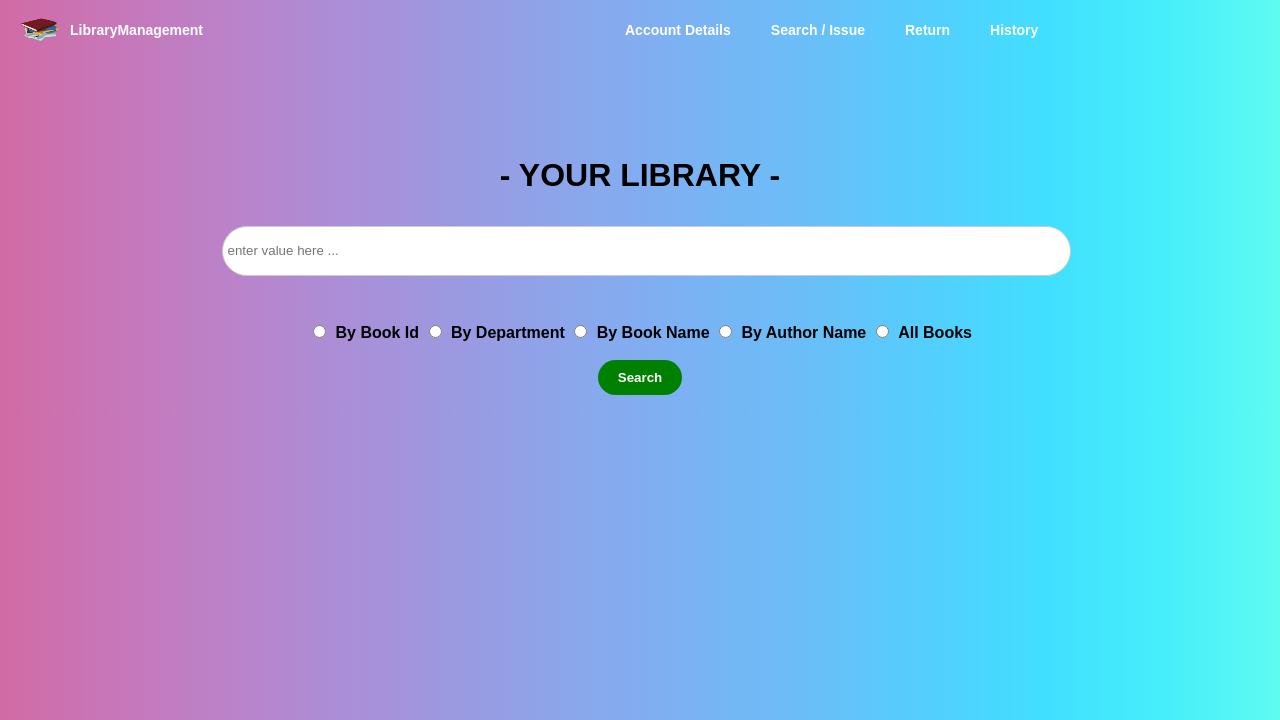
Repository: amitSai12/CMS
Page: http://localhost/LibraryManagementDemo/Search.jsp
The author's editor kept a copy of each file at every save. The page is drawn from the files as they stood at one save, then again after the next save.
The browser window is 1280 px wide. The pictures show the whole page.
The page is served by Tomcat 9. Other server files are loaded and not shown.

Above is the page before, as saved 2023-10-03 19:46:56.

### Day1_Thu/LibraryManagementDemo/src/main/webapp/Search.jsp
<%@ page language="java" contentType="text/html; charset=ISO-8859-1"
    pageEncoding="ISO-8859-1"%>
<!DOCTYPE html>
<html>
<head>
<meta charset="ISO-8859-1">
<title>Insert title here</title>
<link rel="stylesheet" href="AllBooks.css">
</head>
<body>
<jsp:include page="Menu.jsp"/>
<br><br>
<form method="get" action="AllBooks.jsp" class="search-form">

<center>
<div class="highlight">
	<h1> -  YOUR LIBRARY 	 - </h1>
</div>
<div class="search-container">
    <input type="text" name="searchvalue" id="searchvalue" placeholder="enter value here ...">
</div> <br/><br/>
  <input type="radio" name="searchtype" value="id" id="byId">
  <label for="byId">By Book Id</label>
  <input type="radio" name="searchtype" value="dept" id="byDept">
  <label for="byDept">By Department</label>
  <input type="radio" name="searchtype" value="bookname" id="byBookName">
  <label for="byBookName">By Book Name</label>
  <input type="radio" name="searchtype" value="authorname" id="byAuthorName">
  <label for="byAuthorName">By Author Name</label>
  <input type="radio" name="searchtype" value="all" id="allBooks">
  <label for="allBooks">All Books</label>
  <br><br>
  <input type='submit' value='Search' class="search-button">
  </center>
</form>

</body>
</html>

### Day1_Thu/LibraryManagementDemo/src/main/webapp/Menu.jsp
<!DOCTYPE html PUBLIC "-//W3C//DTD HTML 4.01 Transitional//EN" "http://www.w3.org/TR/html4/loose.dtd">
<html>
<head>
<meta http-equiv="Content-Type" content="text/html; charset=ISO-8859-1">
<title>User Account Page</title>
<link rel="stylesheet" href="menu.css">
</head>
<body>


	<div class="logo">
		<img
			src="kisspng-book-clip-art-vector-books-5aa7e41834c997.8769820715209523442162.png"
			alt="Your Logo"> <span class="logo-text">LibraryManagement</span>

	<div class="menu">
		<div class="atwo">
			<a href="AccountDetails.jsp">Account Details</a>
		</div>
		<div class="atwo">
			<a href="Search.jsp">Search / Issue</a>
		</div>
		<div class="atwo">
			<a href="TranBook.jsp">Return</a>
		</div>
		<div class="atwo">
			<a href="History.jsp">History</a>
		</div>
	</div>
	</div>





</body>
</html>

### Day1_Thu/LibraryManagementDemo/src/main/webapp/AllBooks.css
/* Style the table */
table {
    width: 100%;
    border-collapse: collapse;
    border: 1px solid #ddd;
    font-family: Arial, sans-serif;
}

/* Style the table header row */
th {
    background-color: #f2f2f2;
    font-weight: bold;
    text-align: left;
    padding: 10px;
    border-bottom: 2px solid #ddd;
}

/* Style the table data rows */
td {
    padding: 10px;
    text-align: left;
    border-bottom: 1px solid #ddd;
}

/* Style alternate rows with a different background color */
tr:nth-child(even) {
    background-color: #f9f9f9;
}

/* Style the checkbox inputs */
input[type="checkbox"] {
    width: 16px;
    height: 16px;
    margin: 0;
}

/* Style the "NA" cells */
td:empty::before {
    content: "NA";
    color: #999;
}

/* Add hover effect on rows */
tr:hover {
    background-color: #e5e5e5;
}

.search-form {
  font-family: Arial, sans-serif;
  padding: 20px;
  border-radius: 10px;
 width: 837px;
  margin: 0 auto;
}

input[type="radio"] {
  margin-right: 5px;
}

label {
  font-weight: bold;
}

#searchvalue {
  width: 100%;
  padding: 5px;
  margin: 10px 0;
  border: 1px solid #ccc;
  border-radius: 37px;
  height: 38px;
}

.search-button {
  background-color: green;
  color: white;
  border: none;
  padding: 10px 20px;
  font-weight: bold;
  cursor: pointer;
  border-radius: 25px;
}

.search-button:hover {
  background-color: darkgreen;
}

### Day1_Thu/LibraryManagementDemo/src/main/webapp/menu.css
body {
    font-family: Arial, sans-serif;
background-image: linear-gradient(to right, #d16ba5, #c777b9, #ba83ca, #aa8fd8, #9a9ae1, #8aa7ec, #79b3f4, #69bff8, #52cffe, #41dfff, #46eefa, #5ffbf1);
	margin: 0;
    padding: 0;
}

.logo {

    display: flex;
    align-items: center;
    padding: 10px 20px;
    color: white;
    margin-bottom: 20px; /* Adjust margin to create space below the logo */

}

/* Style the logo image */
.logo img {
    width: 40px; /* Adjust the width as needed */
    height: 40px; /* Adjust the height as needed */
    margin-right: 10px; /* Add some spacing between the image and text */
}

/* Style the logo text */
.logo-text {
    font-size: 14px; /* Adjust the font size as needed */
    font-weight: bold; /* Make the text bold */
}

.menu {
	 position: fixed;
    display: flex;
    justify-content: flex-end; /* Move menu to the right top corner */
    padding: 10px 20px; /* Adjust padding as needed */
    border-radius: 31px;
   margin-left: 565px;
}

.menu a {
    text-decoration: none; /* Remove the default underline */
    color: white;
    font-weight: bold;
    padding: 10px 20px;
    border-radius: 5px;
    position: relative; /* Add relative positioning */
    transition: color 0.3s;/* Add transitions for color and background-color */
    font-size: 14px;
}

.menu a-text {
    font-size: 6px; /* Adjust the font size as needed */
    font-weight: bold;
}

.menu a::before {
    content: ""; /* Create an empty pseudo-element */
    position: absolute; /* Set absolute positioning */
    bottom: 0; /* Position it at the bottom */
    left: 10%; /* Align it with the left edge of the link */
    width: 0%; /* Initially, the width is 0% */
    height: 2px; /* Set the height of the underline */
   background-image: linear-gradient(to right, #1b009f, #131d93, #1b2a84, #273273, #323961, #353b57, #393d4d, #3d3e42, #3c3c3f, #3a3a3c, #39393a, #373737); /* Color of the underline */
    transition: width 0.5s ease; /* Add a transition for width */
}

.menu a:hover {
 color:rgb(255, 255, 255);
}

.menu a:hover::before {
    width: 80%; /* Expand the width of the underline on hover */
}



/* Rest of your CSS styles */
/* ... */

/* Style the Issue and Return buttons */
input#issue,
input#return {
    background: linear-gradient(to bottom, rgb(0, 0, 128), rgb(0, 0, 255));
    width: 20%;
    border-radius: 29px;
    color: white;
    height: 40px;
    border: 2px;
    cursor: pointer;
    transition: background-color 0.3s ease;
    font-weight: bold;
}

input#issue:hover,
input#return:hover {
    background: linear-gradient(to bottom, rgb(0, 128, 255), rgb(0, 255, 255));
}

After the next save:
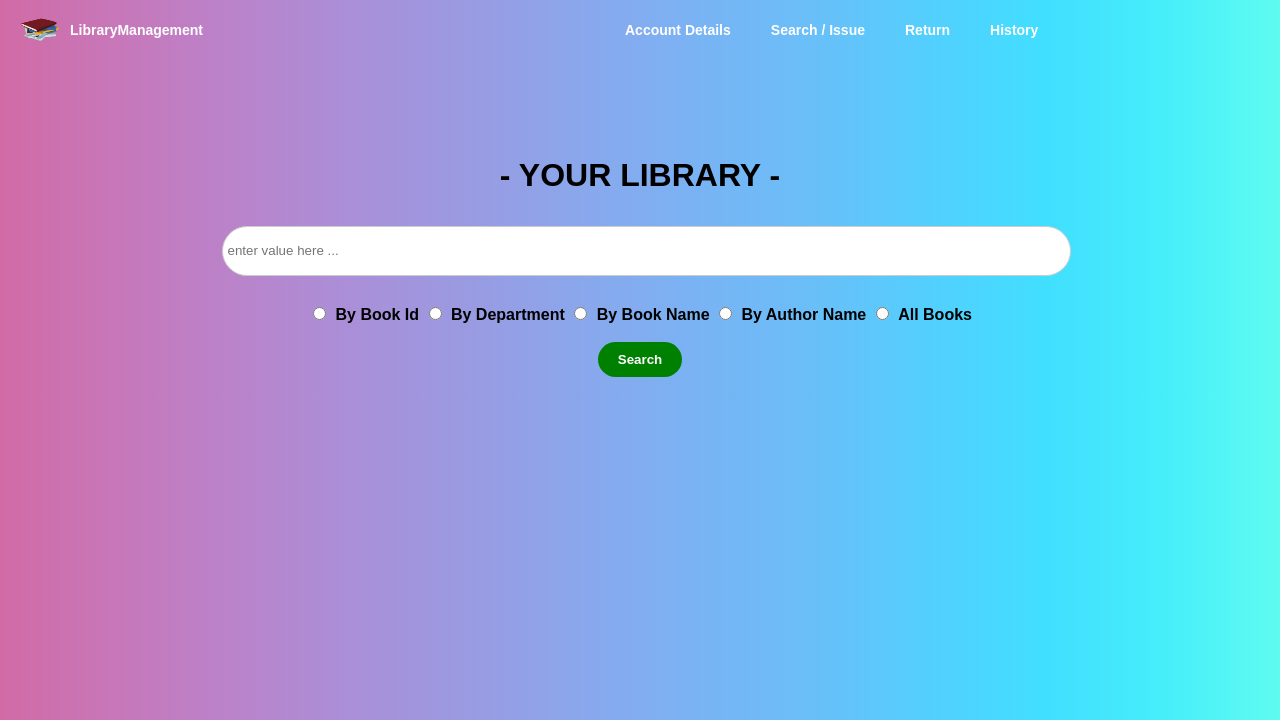
Saved 7 s later.
--- a/Day1_Thu/LibraryManagementDemo/src/main/webapp/Search.jsp
+++ b/Day1_Thu/LibraryManagementDemo/src/main/webapp/Search.jsp
@@ -18,7 +18,7 @@
 </div>
 <div class="search-container">
     <input type="text" name="searchvalue" id="searchvalue" placeholder="enter value here ...">
-</div> <br/><br/>
+</div> <br/>
   <input type="radio" name="searchtype" value="id" id="byId">
   <label for="byId">By Book Id</label>
   <input type="radio" name="searchtype" value="dept" id="byDept">
